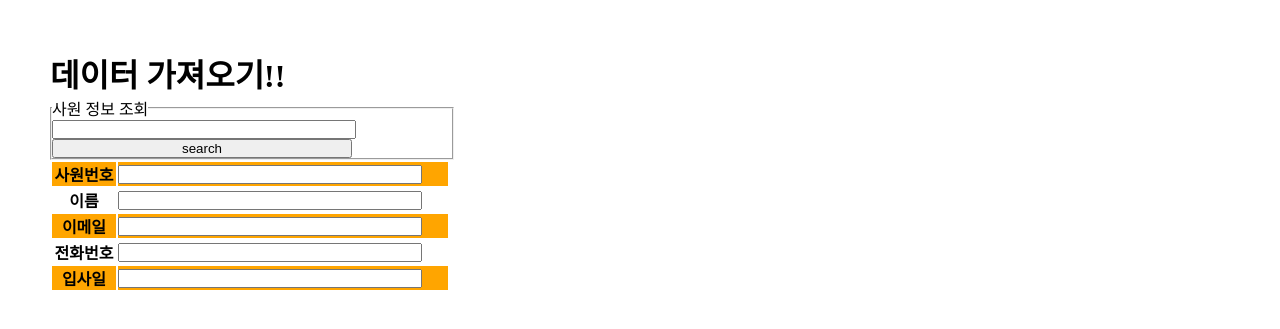
Repository: lafayetteey/WorkSpace_JQ_Ajax
Page: workspace_jq_Ajax/UI_JQ_Ajax/WebContent/jq21_ajax.html
The author's editor kept a copy of each file at every save. The page is drawn from the files as they stood at one save, then again after the next save.
The browser window is 1280 px wide. The pictures show the whole page.

Above is the page before, as saved 2020-06-22 04:54:04.

After the next save:
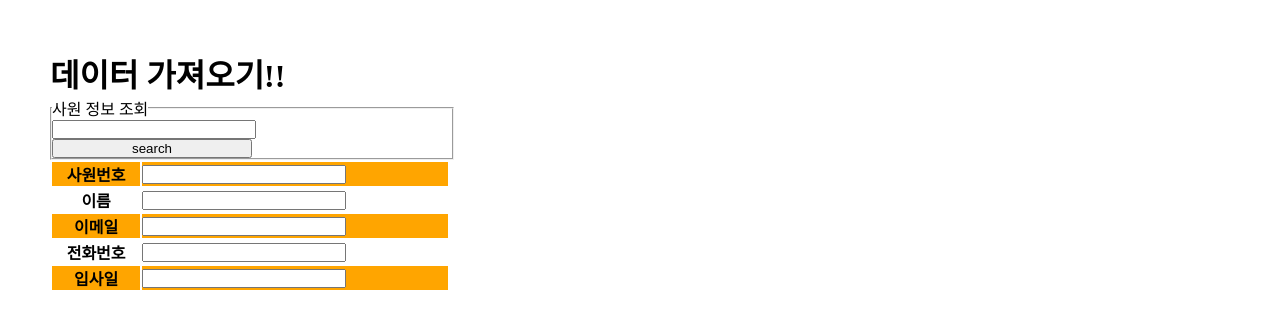
Saved 7 s later.
--- a/workspace_jq_Ajax/UI_JQ_Ajax/WebContent/jq21_ajax.html
+++ b/workspace_jq_Ajax/UI_JQ_Ajax/WebContent/jq21_ajax.html
@@ -22,7 +22,7 @@
       margin : 50px;
    }
  	input{
-   	width:300px
+   	width:200px
    }
 </style>
 	<script type="text/javascript" src="https://code.jquery.com/jquery-3.5.1.min.js"></script>
